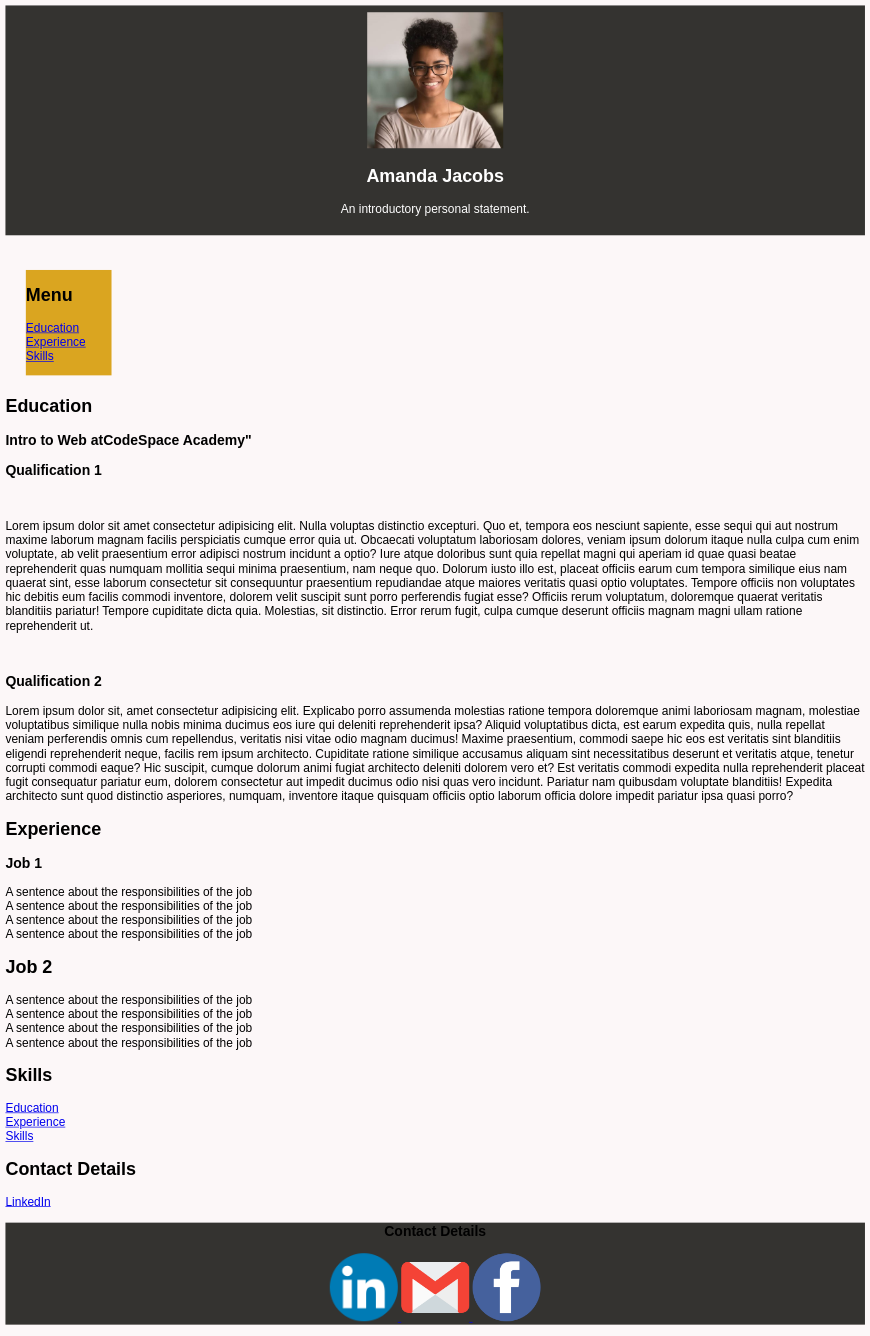
Repository: LeonardMhere/Resume-3
Page: resume `3/index.html
An editor plug-in stored every save of this project. The page is shown before and after the next save, followed by the edit.
The browser window is 1280 px wide. The pictures show the whole page, at 68% of full size.

Above is the page before, as saved 2023-03-23 09:43:47.

After the next save:
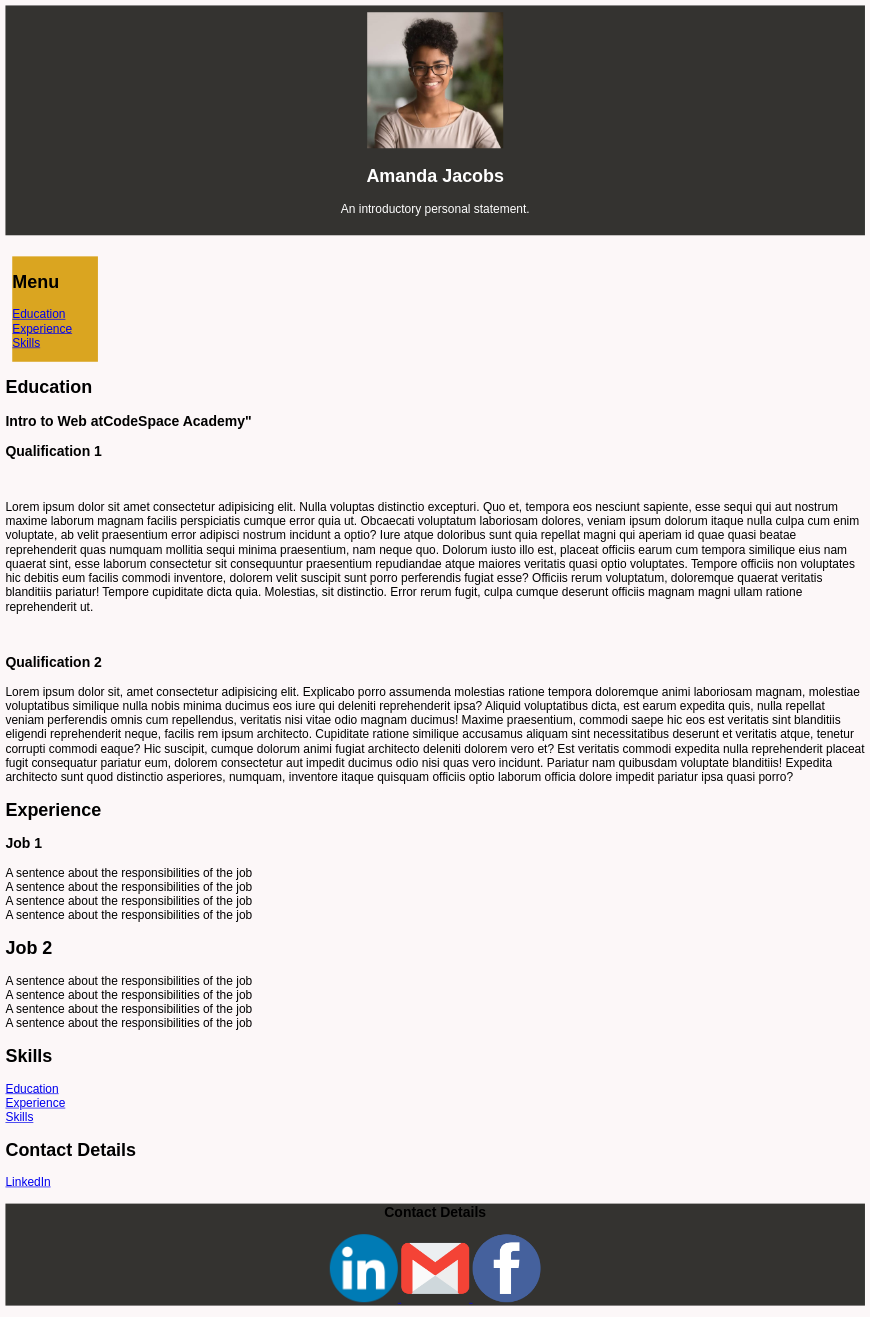
Saved 6 s later.
--- a/resume `3/css/stylesheet.css
+++ b/resume `3/css/stylesheet.css
@@ -21,7 +21,7 @@ header {
 
 .nav-menu{
     background-color:goldenrod;
-    margin: 30px;
+    margin: 10px;
     width: 10%;
     overflow: auto;
     background-color:
